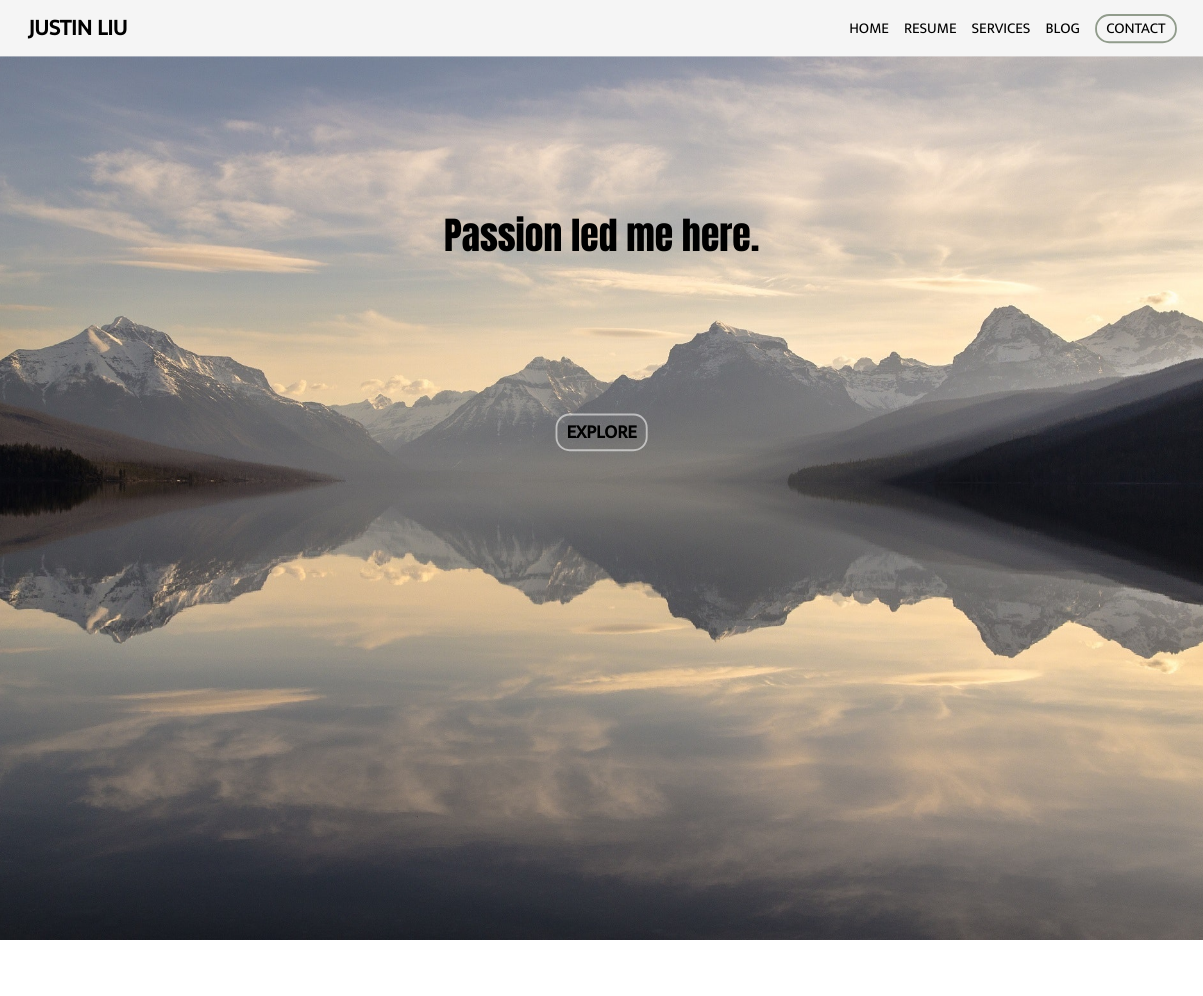
Repository: justinliu88/personal-projects
Page: index.html
These files come from the project's save history. The page is drawn as it stood at one moment and after the next save; the edit follows.
The browser window is 1280 px wide. The pictures show the whole page, at 94% of full size.
Some web libraries are served in a nearby version. The style sheet was rebuilt from its Sass, Less or Tailwind sources for each picture, by a compiler version that may differ from the author's.

Above is the page before, as saved 2020-03-17 13:38:26.

After the next save:
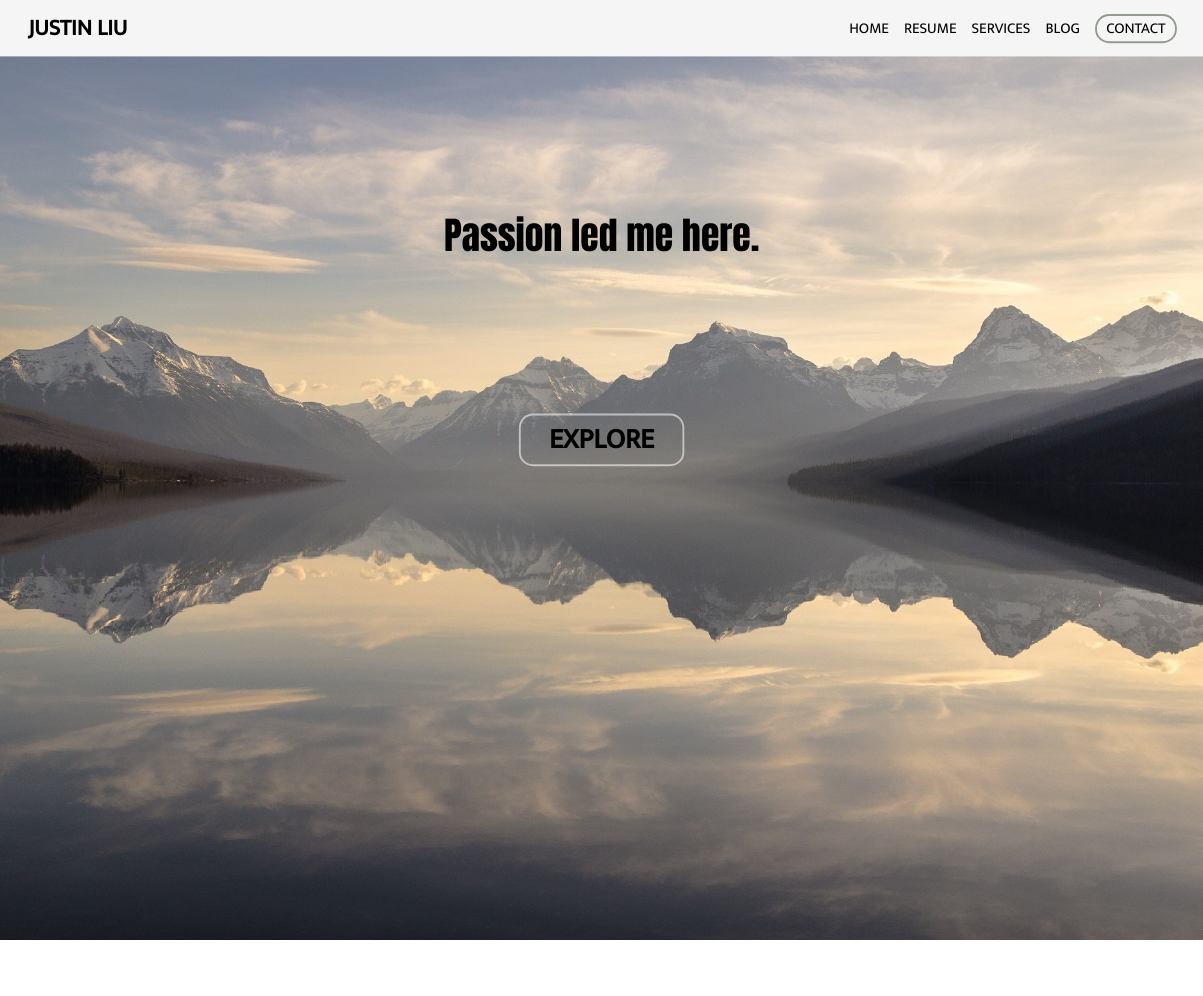
Saved 23 s later.
--- a/main.scss
+++ b/main.scss
@@ -92,15 +92,15 @@ body {
     }
     &__button button {
         font-family: Mukta;
-        font-size: 20px;
+        font-size: 30px;
         font-weight: bold;
         text-decoration: none;
         background-color: Transparent;
         background-repeat: no-repeat;
         border: 2px solid rgba(255, 255, 255, 0.548);
         border-radius: 15px;
-        padding-left: 10px;
-        padding-right: 10px;
+        padding-left: 30px;
+        padding-right: 30px;
         cursor: pointer;
         overflow: hidden;
         outline: white;
